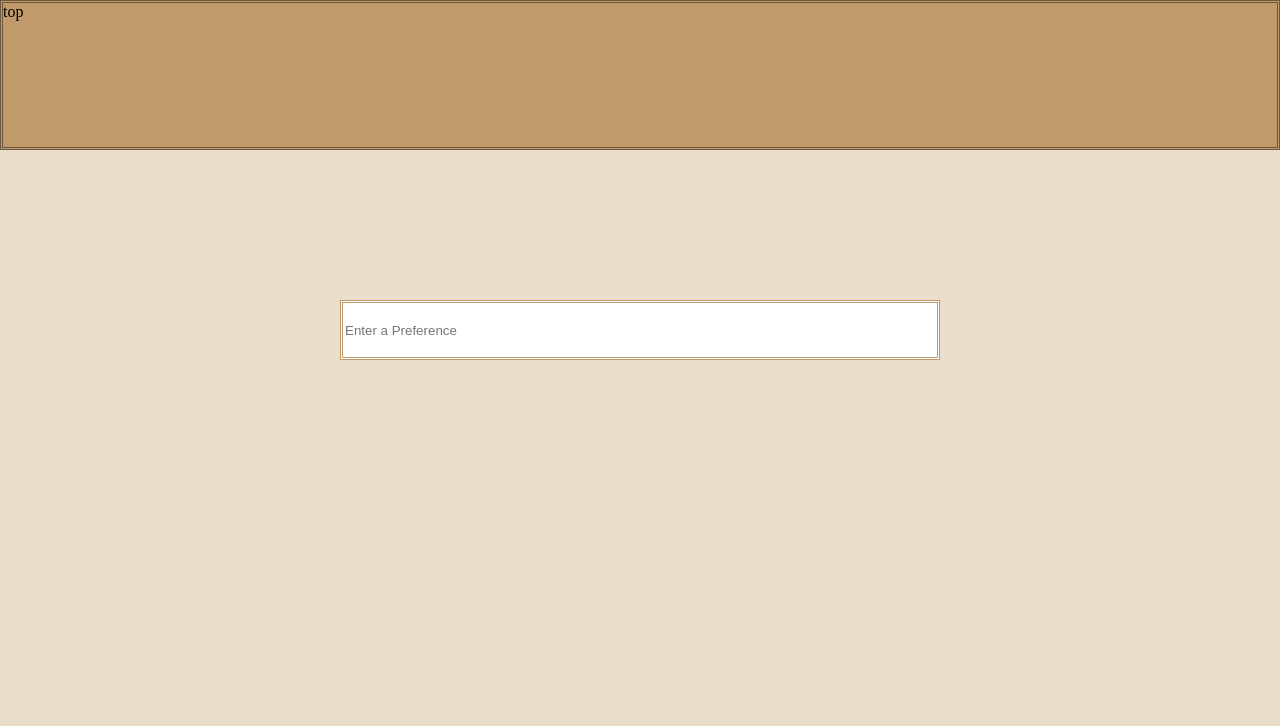
Repository: joshliu14/Travel-Mug
Page: /search
These files come from the project's save history. The page is drawn as it stood at one moment and after the next save; the edit follows.
The browser window is 1280 px wide. The pictures show the whole page.
The project was rebuilt for these pictures with package versions that can differ from the ones it lists, and the page was loaded fresh each time.

Above is the page before, as saved 2024-01-02 12:45:39.

After the next save:
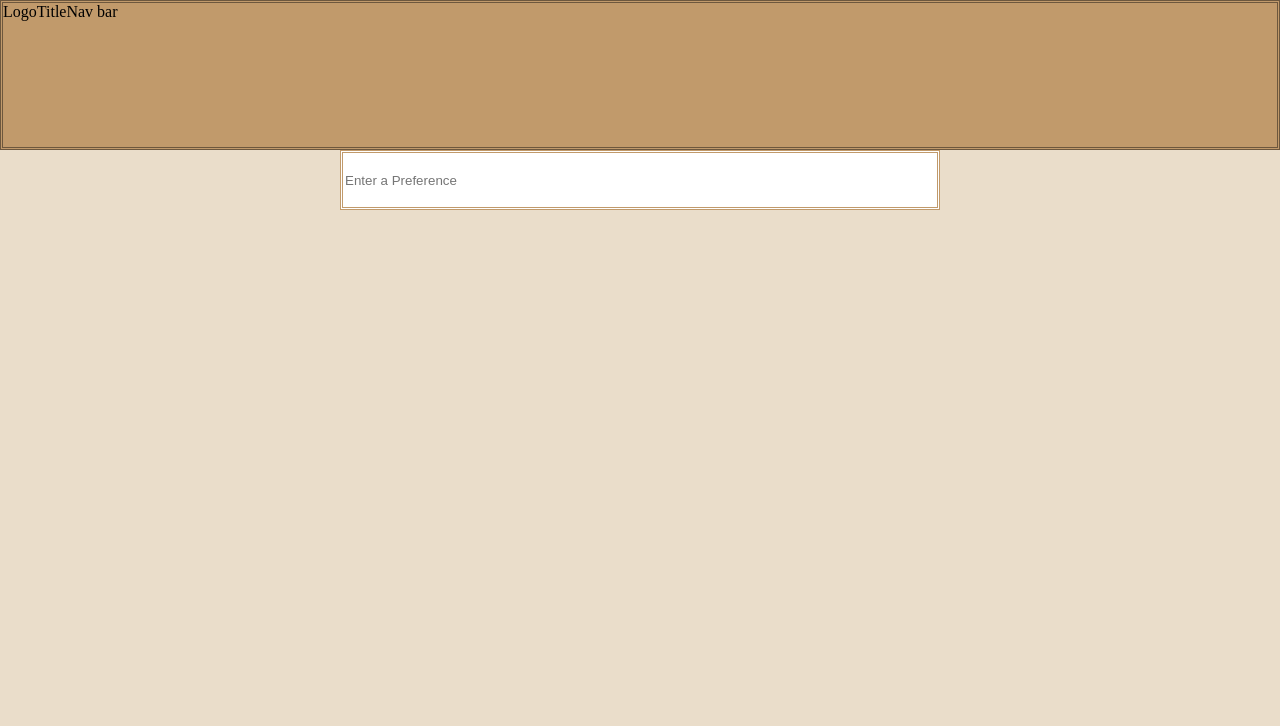
Saved 2 min 15 s later.
--- a/src/Home.js
+++ b/src/Home.js
@@ -5,9 +5,13 @@ class Search extends React.Component {
   render() {
     return (
       <div>
-        <div className="top">top</div>
+        <div className="top">
+          <div className="logo">Logo</div>
+          <div className="title">Title</div>
+          <div className="nav">Nav bar</div>
+        </div>
         <div className="bottom">
-          <div className="search-bar-container">
+          <div className="search-container">
             <input className="search-bar" placeholder="Enter a Preference" />
           </div>
         </div>

After the save that followed:
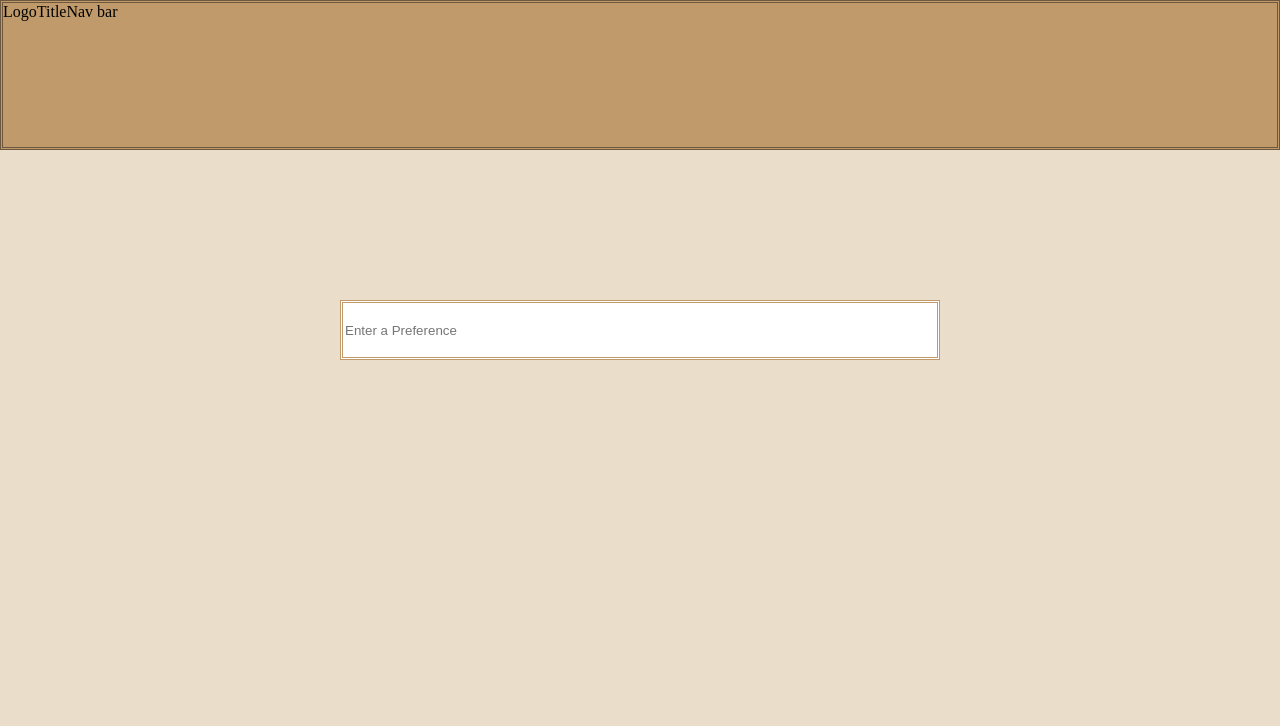
Saved 7 s later.
--- a/src/Home.css
+++ b/src/Home.css
@@ -16,7 +16,7 @@
   min-height: 80vh;
 }
 
-.search-bar-container {
+.search-container {
   justify-content: center;
   padding: 150px;
 }
